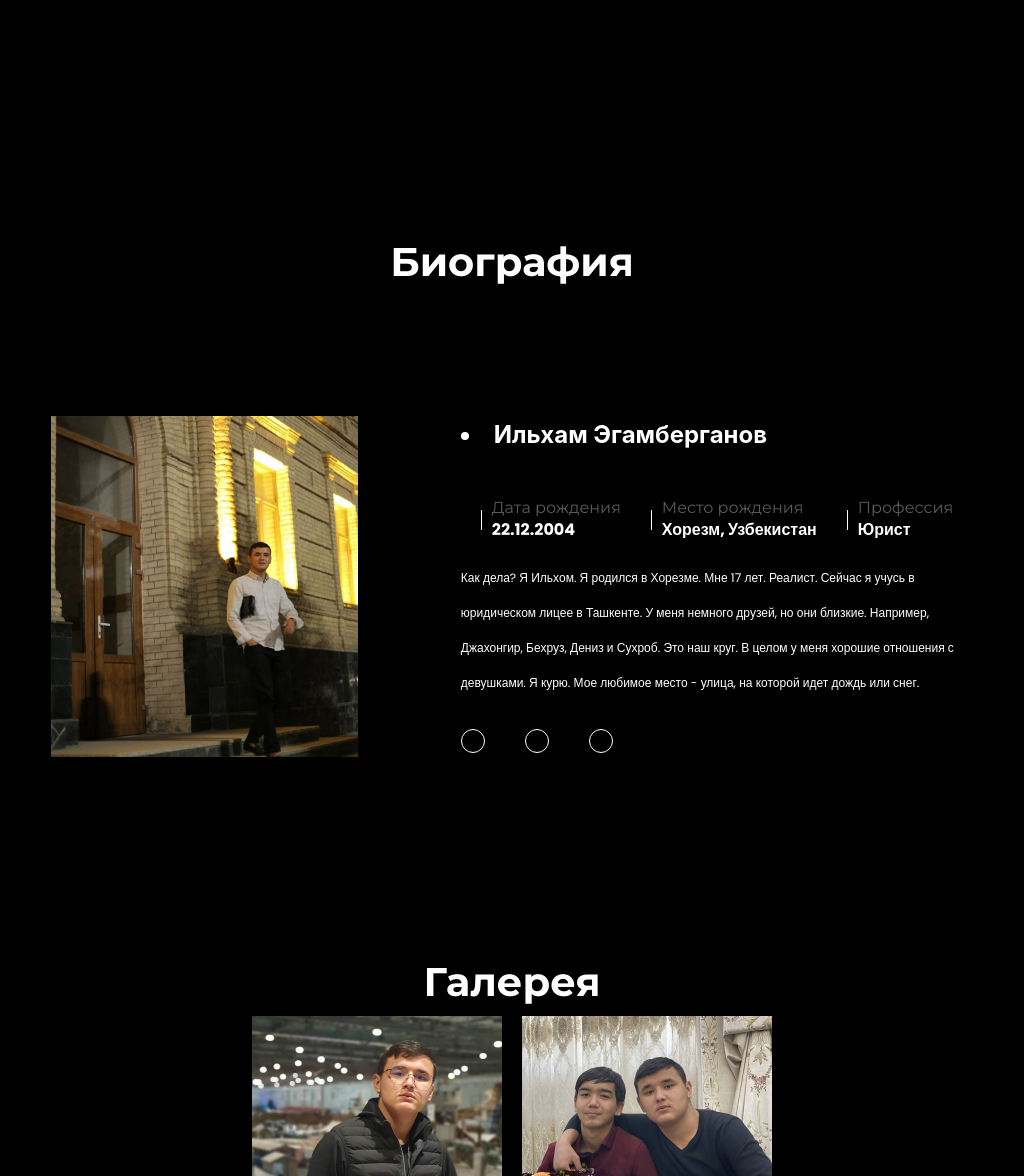
Repository: sardorexe/xishnik
Page: /
The author's editor kept a copy of each file at every save. The page is drawn from the files as they stood at one save, then again after the next save.
The browser window is 1024 px wide. The pictures show the part of the page from y = 538 to 1714 px (the page is 2376 px tall).
Pictures or frames that could not be fetched are drawn as grey boxes. Some icons come from a web library that is not loaded, so they are not drawn. Some web libraries are served in a nearby version. The project was rebuilt for these pictures with package versions that can differ from the ones it lists, and the page was loaded fresh each time. Some packages were replaced by stand-ins written for this rebuild. The framework's server and built-in components were replaced by stand-ins that run in the browser. Also part of the build but not shown: next.config.js.

Above is the page before, as saved 2021-09-27 21:50:41.

After the next save:
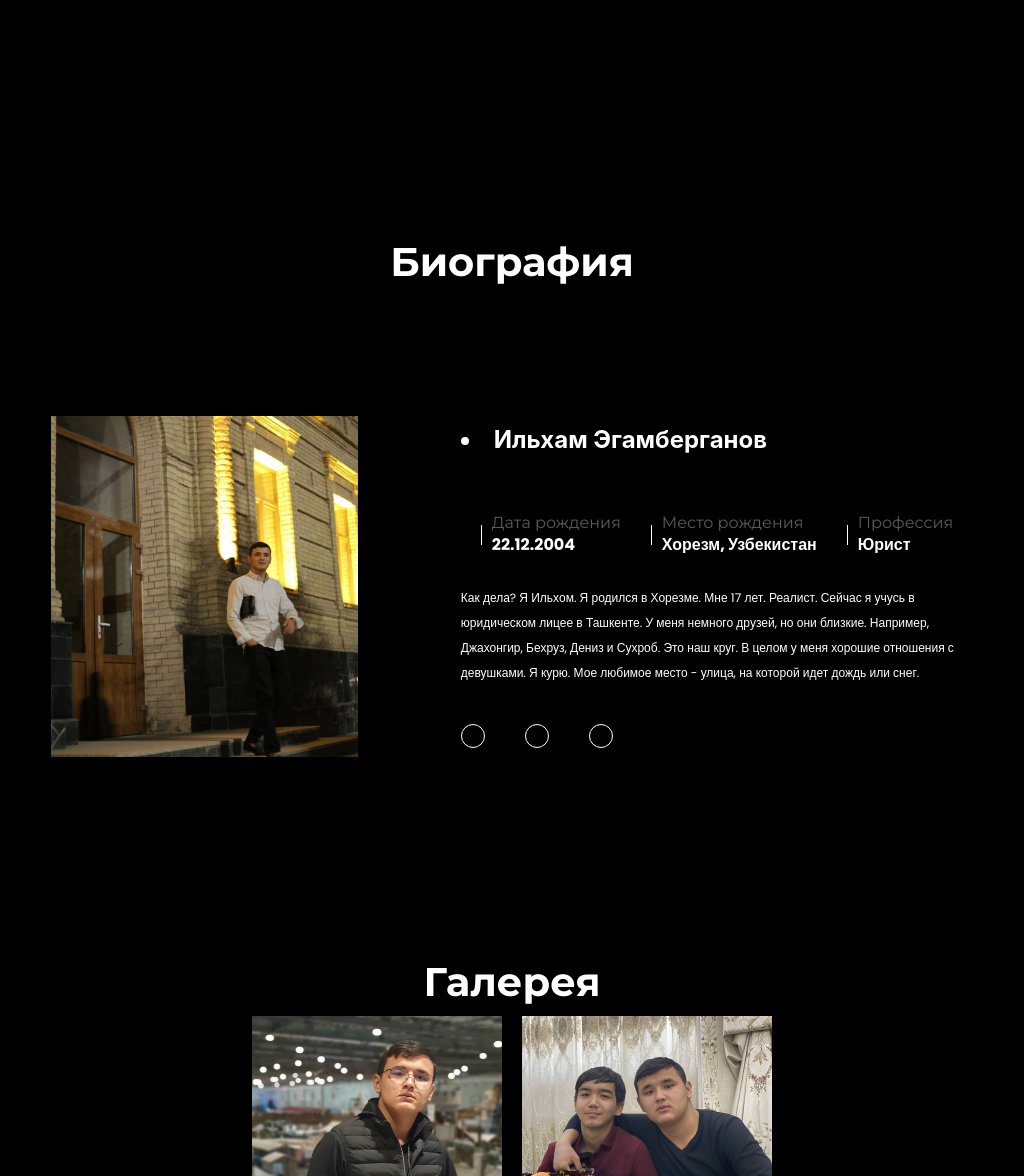
Saved 4 s later.
--- a/styles/Biography.module.css
+++ b/styles/Biography.module.css
@@ -73,6 +73,6 @@
 @media (max-width: 1089px) {
   .more {
     font-size: 12px;
-    line
+    line-height: 25px;
   }
 }
